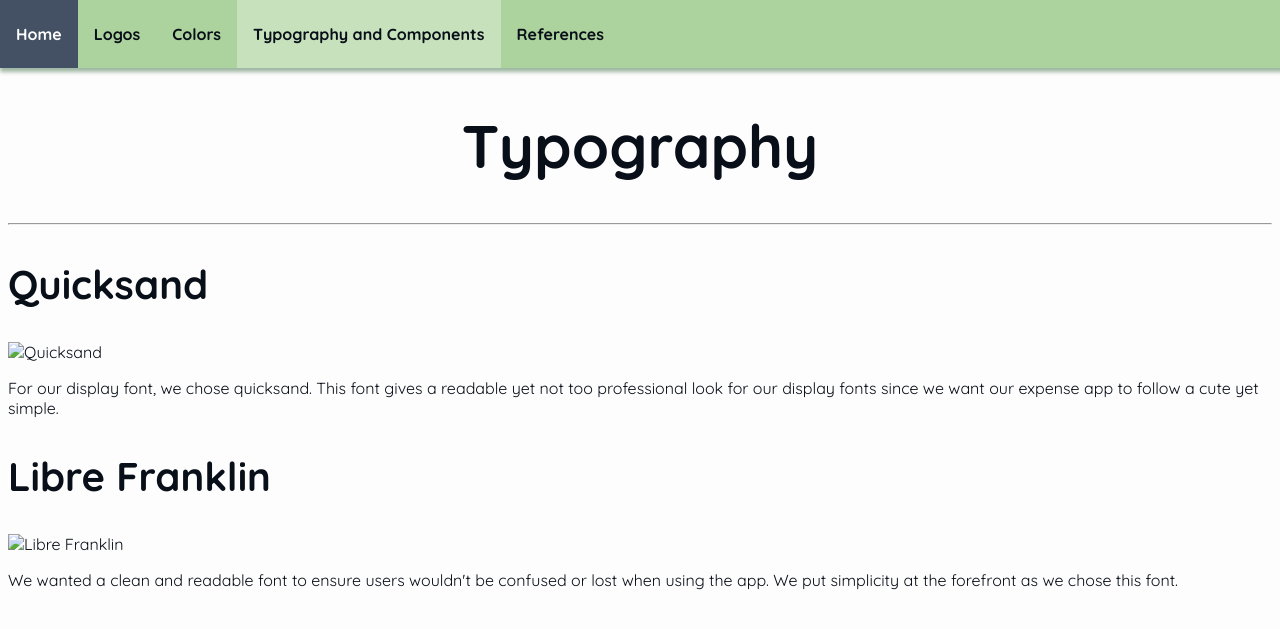
Repository: AlyssaHug/MoolahMate-A5Styleguide
Page: typography.html
An editor plug-in stored every save of this project. The page is shown before and after the next save, followed by the edit.
The browser window is 1280 px wide. The pictures show the whole page.

Above is the page before, as saved 2025-03-31 09:59:14.

### typography.html
<!DOCTYPE html>
<html lang="en">
<head>
    <meta charset="UTF-8">
    <meta name="viewport" content="width=device-width, initial-scale=1.0">
    <title>CashFlow - App StyleGuide</title>
    <link rel="stylesheet" href="styles.css">
    <link rel="stylesheet" href="Typography-styles.css">
    <link rel="preconnect" href="https://fonts.googleapis.com">
<link rel="preconnect" href="https://fonts.gstatic.com" crossorigin>
<link href="https://fonts.googleapis.com/css2?family=Libre+Franklin:ital,wght@0,100..900;1,100..900&family=Quicksand:wght@300..700&display=swap" rel="stylesheet">
</head>
<header class="nav">
    <ul class="navbar">
        <li class="navbar__item"><a href="home.html">Home</a></li>
        <li class="navbar__item"><a href="logos.html">Logos</a></li>
        <li class="navbar__item"><a href="colors.html">Colors</a></li>
        <li class="navbar__item active"><a href="typography.html">Typography and Components</a></li>
        <li class="navbar__item"><a href="references.html">References</a></li>
    </ul>
</header>
<body class="page-content">
    <h1 class="page-title">Typography</h1>
    <hr class="typography_divider">
<div class=" typography_quicksand">
    <h2 class="typography_header">Quicksand</h2>
    <img src="#" alt="Quicksand">
    <p>For our display font, we chose quicksand. This font gives a readable yet not too professional look for our display fonts since we want our expense app to follow a cute yet simple.</p>
</div>
<div class="typography_libre-franklin">
    <h2 class="typography_header">Libre Franklin</h2>
    <img src="#" alt="Libre Franklin">
    <p>We wanted a clean and readable font to ensure users wouldn't be confused or lost when using the app. We put simplicity at the forefront as we chose this font.</p>
</div>
</body>
</html>

### styles.css
html {
    font-family: "Quicksand", "Libre Franklin";
    color: #090F19;
    background-color: #FEFDFD;
}

.navbar{
    position: fixed;
    top: 0;
    left: 0;
    width: 105%;
    list-style-type: none;
    margin-top: -10px;
    padding: 0;
    padding-top: 10px;
    overflow: hidden;
    background-color: #ACD39D;
    box-shadow: 0 4px 4px #01430e61;
}
.navbar__item {
    float: left;
    text-align: center;
}

li a {
    display: block;
    padding: 24px 16px;
        color: #090F19;
    text-decoration: none;
    font-weight: bold;
}
li a:hover {
    color: #FEFDFD;
    background-color: #445063;
}
.active {
    background-color: #C6E1BB;
    color: #526F53;
}
.page-title {
font-size: 60px;
text-align: center;
}
.page-content {
    padding-top: 60px;
}

### Typography-styles.css
.typography_header{
font-size: 40px;
align-content: center;
}

After the next save:
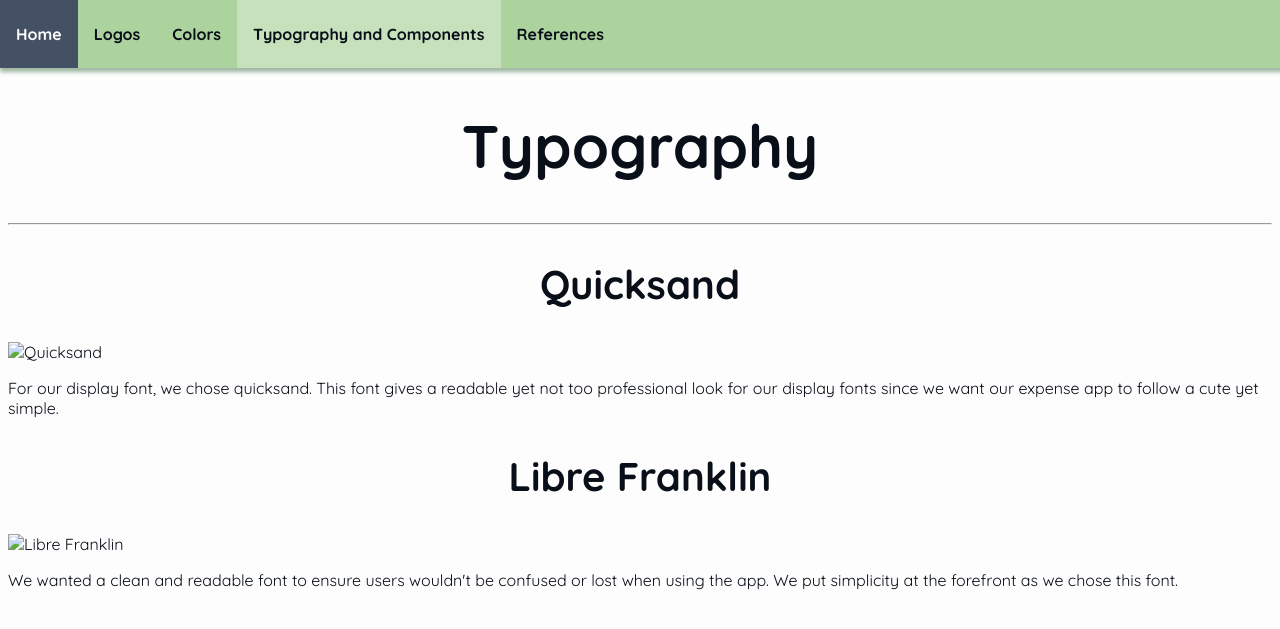
Saved 14 s later.
--- a/Typography-styles.css
+++ b/Typography-styles.css
@@ -1,4 +1,4 @@
 .typography_header{
 font-size: 40px;
-align-content: center;
+text-align: center;
 }
